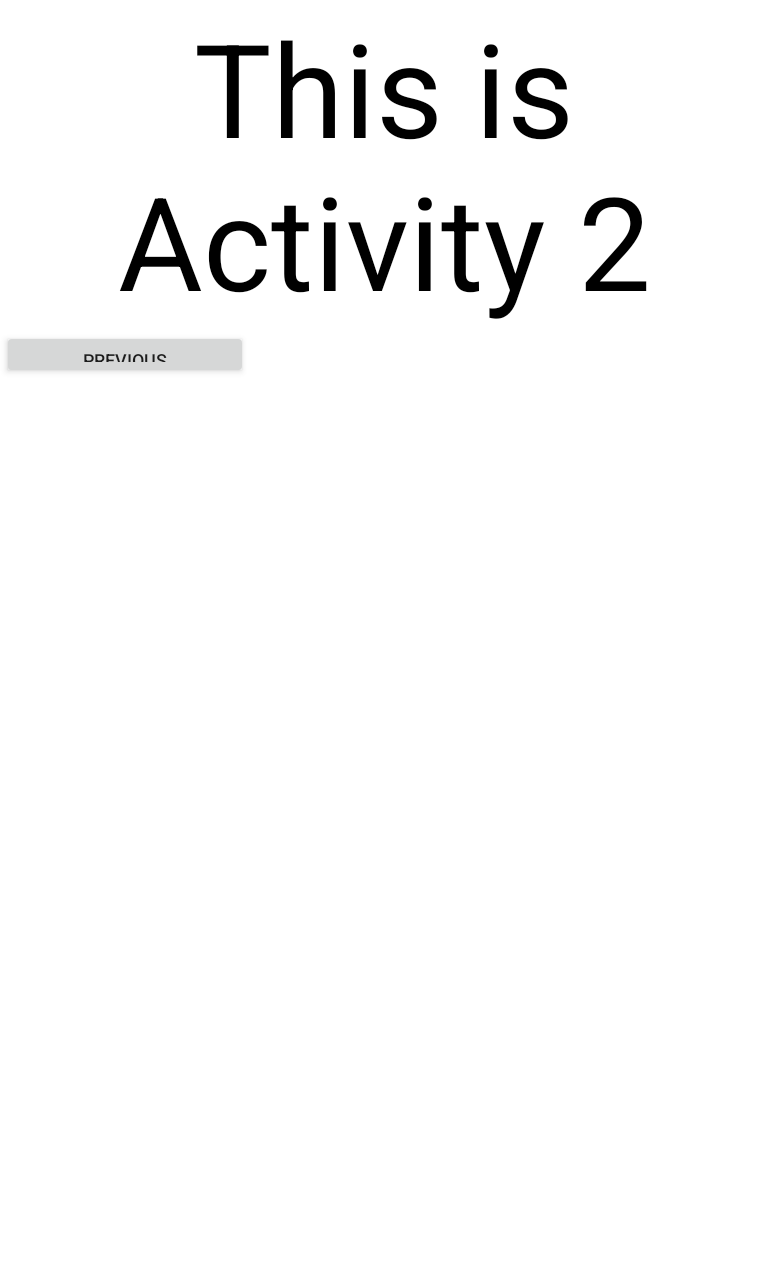
Repository: Stamenov96/NeuralNetowork
Layout: DigitRecognition/res/layout/about.xml
These files come from the project's save history. The layout is drawn as it stood at one moment and after the next save; the edit follows.
It is drawn on a 768 x 1280 px phone screen (xhdpi) without system bars, with theme AppTheme; the app's code is not run.

Above is the layout before, as saved 2015-02-13 15:13:07.

### DigitRecognition/res/layout/about.xml
<?xml version="1.0" encoding="utf-8"?>
<LinearLayout xmlns:android="http://schemas.android.com/apk/res/android"
    android:layout_width="fill_parent"
    android:layout_height="fill_parent"
    android:background="#ffffff"
    android:orientation="vertical" >

    <TextView
        android:layout_width="fill_parent"
        android:layout_height="wrap_content"
        android:text="This is Activity 2"
        android:textSize="130px"
        android:gravity="center"
        android:textColor="#000000" />

    <Button
        android:id="@+id/Button02"
        android:layout_width="250px"
        android:layout_height="55px"
        android:text="Previous"

        android:textSize="18px" />

</LinearLayout>

Loaded but not shown: DigitRecognition/res/values/styles.xml (common file); DigitRecognition/res/values-v11/styles.xml (common file); DigitRecognition/res/values-v14/styles.xml (common file)

After the next save:
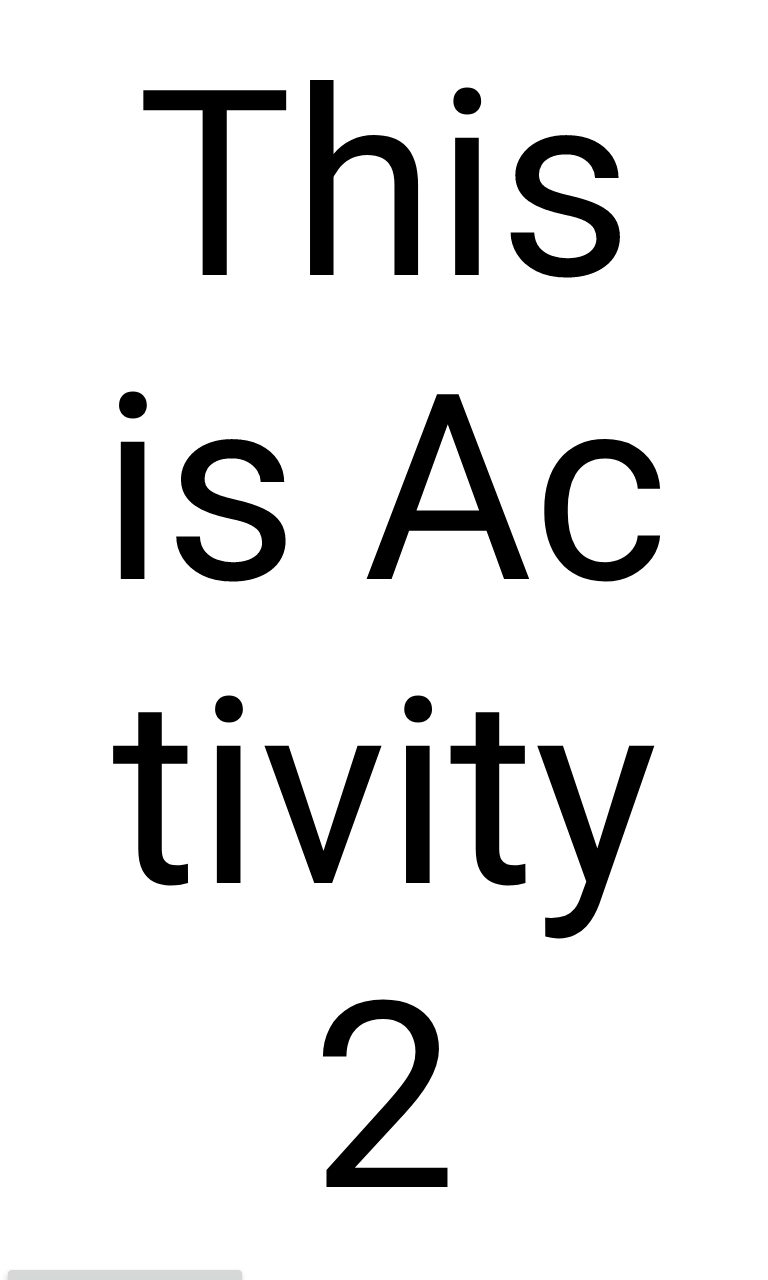
Saved 5 min 7 s later.
--- a/DigitRecognition/res/layout/about.xml
+++ b/DigitRecognition/res/layout/about.xml
@@ -9,7 +9,7 @@
         android:layout_width="fill_parent"
         android:layout_height="wrap_content"
         android:text="This is Activity 2"
-        android:textSize="130px"
+        android:textSize="130dp"
         android:gravity="center"
         android:textColor="#000000" />
 
